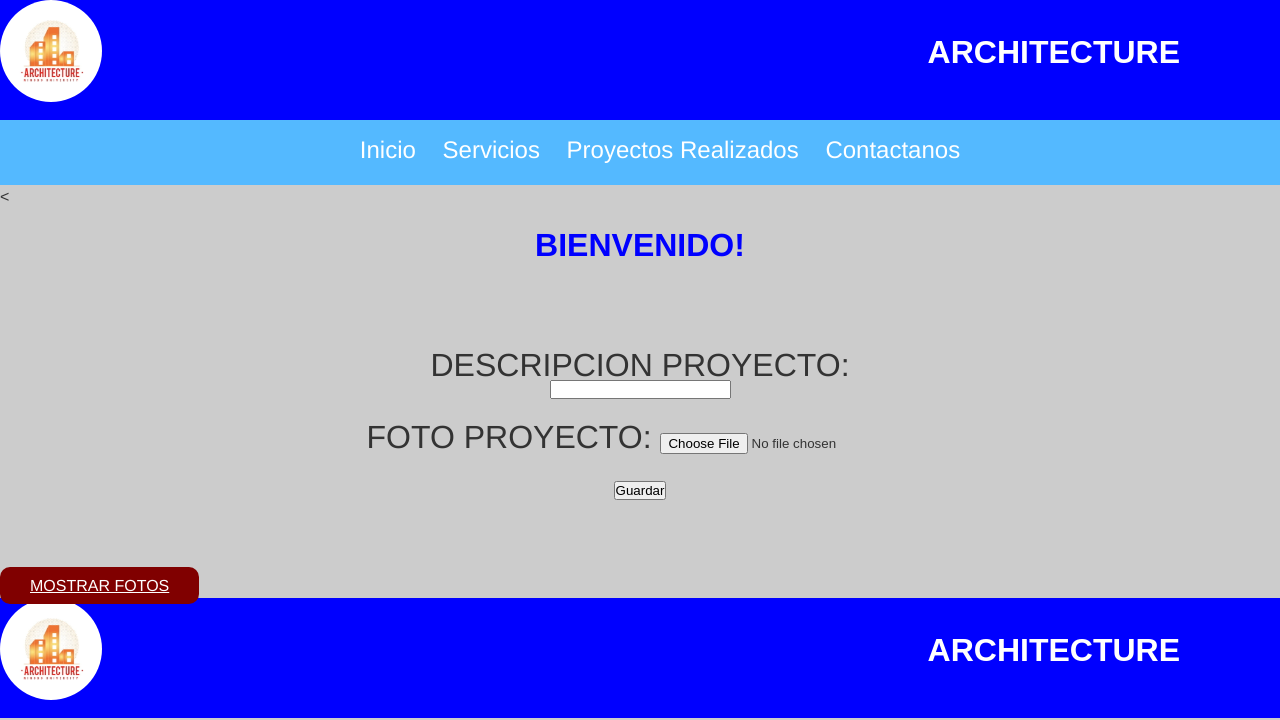
Repository: gabrielestrella18/htdocs
Page: http://localhost/arquitectos/control.php
An editor plug-in stored every save of this project. The page is shown before and after the next save, followed by the edit.
The browser window is 1280 px wide. The pictures show the whole page.
The page is run by PHP 8.4 with error messages shown; the project is at /var/www/html/.

Above is the page before, as saved 2023-12-11 01:09:27.

After the next save:
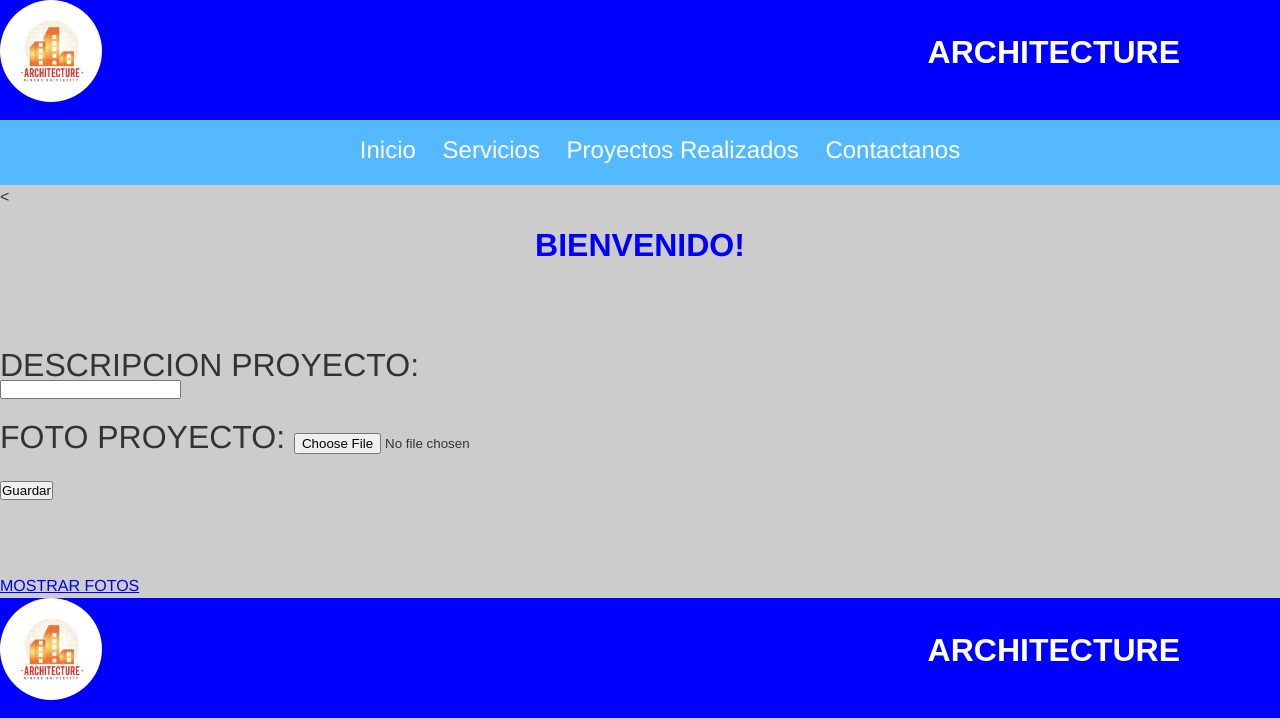
Saved 13 s later.
--- a/arquitectos/estilo.css
+++ b/arquitectos/estilo.css
@@ -352,15 +352,3 @@ h5 {
     width: 70%;
     height: 90%;
 }
-
-#mostrar {
-    background-color: #800000;
-    color: white;
-    border: 0;
-    padding: 10px 30px;
-    border-radius: 10px;
-}
-
-#form2 {
-    text-align: center;
-}
